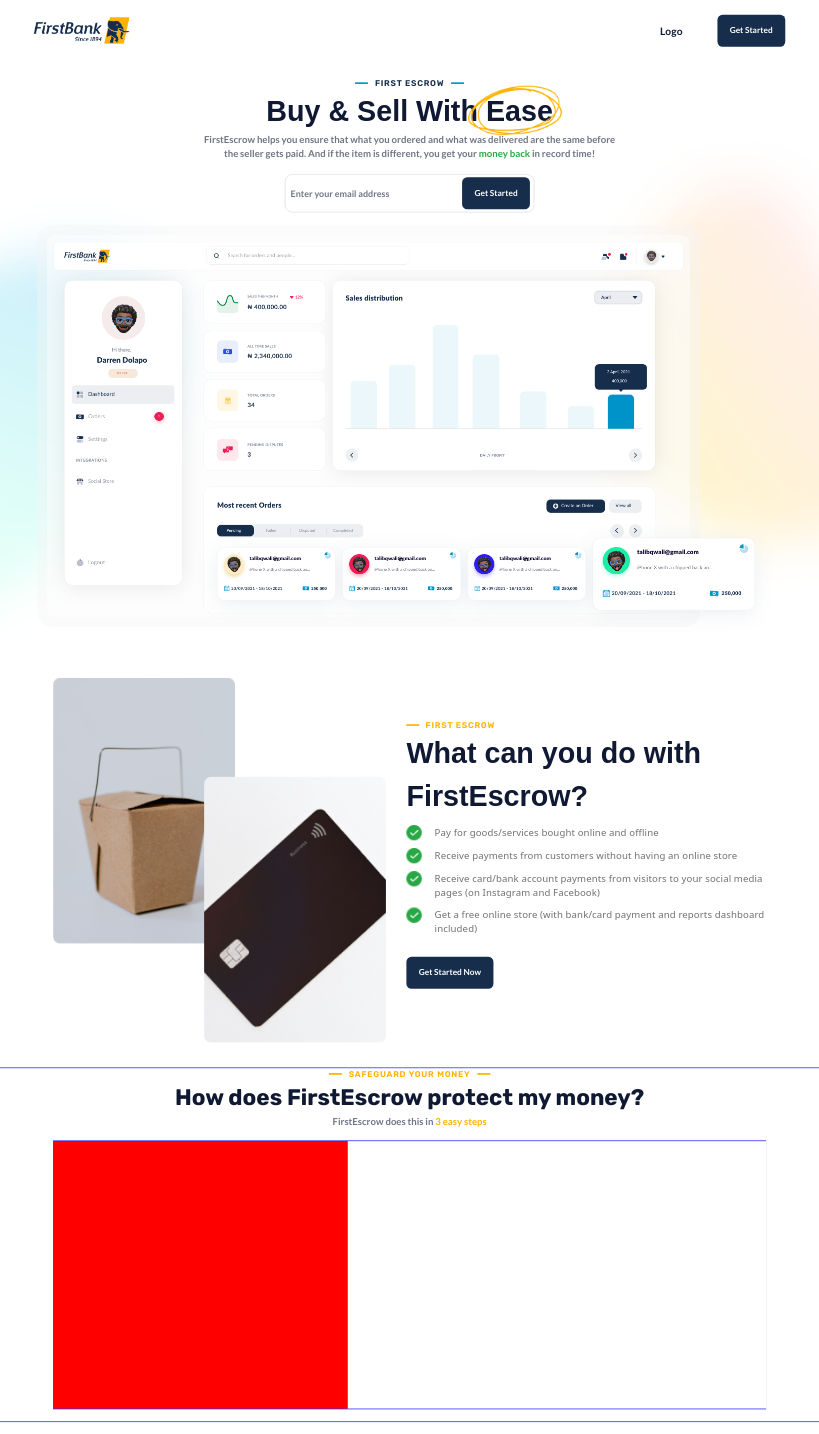
Repository: Pepperest-dev/First_Escrow_Home
Page: index.html
An editor plug-in stored every save of this project. The page is shown before and after the next save, followed by the edit.
The browser window is 1280 px wide. The pictures show the whole page, at 64% of full size.

Above is the page before, as saved 2021-09-26 11:32:54.

### index.html
<!DOCTYPE html>
<html lang="en">
  <head>
    <meta charset="UTF-8" />
    <meta http-equiv="X-UA-Compatible" content="IE=edge" />
    <meta name="viewport" content="width=device-width, initial-scale=1.0" />
    <link rel="stylesheet" href="styles/styles.css" />
    <link rel="stylesheet" href="styles/mobileScreenStyles.css" />
    <link
      href="https://unpkg.com/tailwindcss@^2/dist/tailwind.min.css"
      rel="stylesheet"
    />
    <link
      rel="stylesheet"
      href="https://cdnjs.cloudflare.com/ajax/libs/font-awesome/4.7.0/css/font-awesome.min.css"
    />
    <link rel="preconnect" href="https://fonts.googleapis.com" />
    <link rel="preconnect" href="https://fonts.gstatic.com" crossorigin />
    <link
      href="https://fonts.googleapis.com/css2?family=Lato:wght@100;300;400;700;800&family=Rubik:wght@400;500;600;700&display=swap"
      rel="stylesheet"
    />
    <title>First Escrow</title>
  </head>
  <body>
    <!-- Create a container wrapper to  -->
    <!-- create a container to keep everything contained in a certain width  ##done -->
    <!-- create the Navbar ##Done -->
    <!-- Do the font setup from google fonts  ##Done-->
    <!-- make the navbar responsive  Not done-->
    <!-- create the hero section ##almost -->
    <!-- work on the what can we do or you ssection -->
    <!-- Work on how does first escrow  works-->
    <!-- work on refund is guranteed  section  -->
    <!-- how it works in simple steps section -->
    <!-- work on the footer section -->
    <header class="banner mb-10 overflow-x-hidden overscroll-none">
      <nav
        class="
          h-24
          flex
          justify-between
          items-center
          md:w-11/12 md:p-0
          px-7
          mx-auto
          mb-6
        "
      >
        <a href="/">
          <img
            src="/assets/imgs/firstBank_logo.png"
            alt="First Bank Logo"
            class="BrandLogo cursor-pointer"
          />
        </a>

        <ul class="md:flex hidden w-2/12 h-full justify-between items-center">
          <li class="loginLink"><a href="#">Logo</a></li>
          <li>
            <button class="getStartedBtn hover:drop-shadow-xl">
              Get Started
            </button>
          </li>
        </ul>

        <div id="hambugger" class="hambugger cursor-pointer md:hidden">
          <i id="menuToggler" class="fa fa-2x fa-bars"></i>
        </div>
      </nav>

      <main class="md:w-11/12 mb-3 md:p-0 px-7 mx-auto">
        <article>
          <p
            class="
              text-center
              mx-auto
              flex
              justify-around
              items-center
              firstEscrow
            "
          >
            First Escrow
          </p>
          <h1 class="mainTitle text-center mx-auto">
            Buy & Sell With <span class="">Ease</span>
            <img
              src="/assets/icons/bigEaseElipses.png"
              alt="elipses"
              class="elipses"
            />
          </h1>
          <p class="contentDescription mx-auto">
            FirstEscrow helps you ensure that what you ordered and what was
            delivered are the same before the seller gets paid. And if the item
            is different, you get your
            <span class="greenMoneyText">money back</span> in record time!
          </p>
          <form
            class="
              my-5
              mx-auto
              flex
              justify-between
              items-center
              cursor-pointer
              bannerInputField
            "
          >
            <input
              type="text"
              class="h-full"
              placeholder="Enter your email address"
            />
            <button
              type="submit"
              class="getStartedBtn z-10 hover:drop-shadow-xl"
            >
              Get Started
            </button>
          </form>
        </article>
        <img
          src="/assets/imgs/dashboardMockup.png"
          class="dashboardImg cursor-pointer mx-auto"
          alt="dashboard mockup"
        />
      </main>
    </header>
    <div class="wrapper">
      <section
        class="
          mt-10
          w-11/12
          mx-auto
          overflow-x-hidden
          gap-x-8
          items-center
          flex
          justify-between
          flex-wrap-reverse
          md:flex-nowrap
        "
      >
        <div class="">
          <img
            class="object-contain"
            src="/assets/imgs/bagAndCard.png"
            alt="bag and card"
          />
        </div>
        <div class="">
          <p
            class="text-left flex justify-start items-center yellowFirstEscrow"
          >
            First Escrow
          </p>

          <h1 class="mainTitle">What can you do with FirstEscrow?</h1>

          <ul id="FirstEscrowCanDo"></ul>
          <button class="getStartedBtn hover:drop-shadow-xl my-5">
            Get Started Now
          </button>
        </div>
      </section>
    </div>
    <div class="wrapper outline">
      <section class="mt-10 mb-5 w-11/12 mx-auto overflow-x-hidden">
        <p
          class="
            text-center
            mx-auto
            flex
            justify-around
            items-center
            secondYellowFirstEscrow
          "
        >
          Safeguard Your Money
        </p>

        <h3 class="text-center protectTitle">
          How does FirstEscrow protect my money?
        </h3>
        <p class="contentDescription mx-auto">
          FirstEscrow does this in
          <span class="yellowText">3 easy steps</span>
        </p>

        <div class="threeBoxes outline my-5">
            <div class="box"></div>
        </div>
      </section>
    </div>
    <script src="js/app.js"></script>
  </body>
</html>

### Styles/styles.css
* {
  margin: 0;
  padding: 0;
  border: 0;
  font-size: 16px;
  text-decoration: none;
  font: inherit;
  box-sizing: border-box;
}

/* Colors varable declaration */
:root {
  --whiteBgColor: #ffffff;
  --BtnBgColor: #162d4c;
  --lightBlueColor: #0093c9;
  --yellowPrimaryColor: #ffb300;
  --boxesTextColor: #707070;
  --darkBlueTextColor: #101933;
  --bannerTextColor: #707585;
  --lightGreenColor: #28a745;
  --inputFieldBorderColor: #d8dade;
  --footerBackgroundColor: #f6f6f7;
  --footerTextColor: #040c22;
  --latoFontFamily: "Lato", sans-serif;
  --rubikFontFamily: "Rubik", sans-serif;
  --arialFontFamily: "Arial", sans-serif;
}
.wrapper {
  margin-right: auto;
  margin-left: auto;
  max-width: 1440px;
  padding-right: 2rem;
  padding-left: 2rem;
  width: 100%;
  background-color: var(--whiteBgColor);
}

.banner {
  background-image: url(../assets/imgs/overlayBackground.png);
  background-position: center;
  background-repeat: no-repeat;
  background-size: cover;
  object-fit: cover;
}
.dashboardImg {
  width: 100%;
  height: auto;
  overflow-x: hidden;
}

.contentContainer {
}

.BrandLogo {
  width: 150px;
  object-fit: contain;
  height: 45px;
}

.outline {
  outline: 1px solid blue;
}

.loginLink {
  font: normal normal 600 16px/19px Lato;
  letter-spacing: 0.32px;
  font-family: var(--latoFontFamily);
  font-style: normal;
  font-weight: 600;
  color: var(--darkBlueTextColor);
}

.loginLink:hover {
  opacity: 0.8;
  transition: all ease-in-out 350ms;
}

.getStartedBtn {
  border-radius: 8px;
  background-color: var(--BtnBgColor);
  min-width: 100px;
  padding: 0 1.2rem;
  height: 50px;
  color: var(--whiteBgColor);
  font-family: var(--latoFontFamily);
  text-align: center;
  font-size: 13px;
  font-weight: 800;
}

.getStartedBtn:hover {
  opacity: 0.8;
  transition: all ease-in-out 350ms;
}

.yellowFirstEscrow {
  letter-spacing: 1.2px;
  color: var(--yellowPrimaryColor);
  text-transform: uppercase;
  font-family: var(--rubikFontFamily);
  font-size: 13px;
  font-weight: 600;
  width: 150px;
}

.yellowFirstEscrow::before {
  content: "";
  display: flex;
  width: 20px;
  border: 1px solid var(--yellowPrimaryColor);
  background-color: var(--yellowPrimaryColor);
  margin-right: 10px;
}

.secondYellowFirstEscrow {
  letter-spacing: 1.2px;
  color: var(--yellowPrimaryColor);
  text-transform: uppercase;
  font-family: var(--rubikFontFamily);
  font-size: 13px;
  font-weight: 600;
  width: 263px;
}

.secondYellowFirstEscrow::before {
  content: "";
  display: flex;
  width: 20px;
  border: 1px solid var(--yellowPrimaryColor);
  background-color: var(--yellowPrimaryColor);
}
.secondYellowFirstEscrow::after {
  content: "";
  display: flex;
  width: 20px;
  border: 1px solid var(--yellowPrimaryColor);
  background-color: var(--yellowPrimaryColor);
}

.firstEscrow {
  letter-spacing: 1.2px;
  color: var(--BtnBgColor);
  text-transform: uppercase;
  font-family: var(--rubikFontFamily);
  font-size: 13px;
  font-weight: 600;
  width: 180px;
}

.firstEscrow::before {
  content: "";
  display: flex;
  width: 20px;
  border: 1px solid var(--lightBlueColor);
  background-color: var(--lightBlueColor);
}
.firstEscrow::after {
  content: "";
  display: flex;
  width: 20px;
  background-color: var(--lightBlueColor);
  border: 1px solid var(--lightBlueColor);
}
.mainTitle {
  color: var(--darkBlueTextColor);
  font-family: var(--arialFontFamily);
  font-weight: 700;
  font-size: 2.8rem;
  max-width: 600px;
  position: relative;
}

.elipses {
  position: absolute;
  width: 150px;
  top: -11px;
  right: 10%;
}

.contentDescription {
  color: var(--bannerTextColor);
  font-family: var(--latoFontFamily);
  font-weight: 600;
  font-size: 15px;
  text-align: center;
  max-width: 650px;
}

.greenMoneyText {
  color: var(--lightGreenColor);
}

.bannerInputField {
  width: 390px;
  height: 60px;
  border: 1px solid var(--inputFieldBorderColor);
  border-radius: 12px;
  background: var(--whiteBgColor);
  padding: 8px 6px 8px 8px;
}

.bannerInputField input[type="text"] {
  border: none;
  font-family: var(--latoFontFamily);
  font-size: 16px;
  color: var(--bannerTextColor);
  flex: 0.9;
  font-weight: 600;
  outline: none;
}

.bannerInputField input[type="text"]::placeholder {
  font-family: var(--latoFontFamily);
  font-size: 14px;
  font-weight: 600;
  color: var(--bannerTextColor);
}

#FirstEscrowCanDo li {
  color: var(--boxesTextColor);
  letter-spacing: 0.18px;
  text-align: left;
  font-weight: normal;
  font-size: 15px;
}

.protectTitle {
  color: var(--darkBlueTextColor);
  letter-spacing: 0;
  font-family: var(--rubikFontFamily);
  font-weight: bold;
  font-size: 2.2rem;
}
.yellowText {
  color: var(--yellowPrimaryColor);
}
.box {
  width: 460px;
  height: 418px;
  background: url("img/Group 44451.png") 0% 0% no-repeat padding-box;
  background: red;
  border: 2px solid red;
}

### Styles/mobileScreenStyles.css
@media screen and (max-width: 600px) {
  .banner {
    background-size: contain;
  }
  .dashboardImg {
    width: 500px;
    height: auto;
  }

  .BrandLogo {
    width: 100px;
  }

  .toggle {
    transition: opacity ease-in-out;
  }

  .elipses {
    position: absolute;
    width: 150px;
    top: 40%;
    right: 9%;
  }
}

### Js/app.js
const escrow = {
  firstEscrowList: [
    {
      icon: "/assets/icons/greenChecked.png",
      text: "Pay for goods/services bought online and offline",
    },
    {
      icon: "/assets/icons/greenChecked.png",
      text: "Receive payments from customers without having an online store",
    },
    {
      icon: "/assets/icons/greenChecked.png",
      text: "Receive card/bank account payments from visitors to your social media pages (on Instagram and Facebook)",
    },
    {
      icon: "/assets/icons/greenChecked.png",
      text: "Get a free online store (with bank/card payment and reports dashboard included)",
    },
  ],
};

Object.freeze(escrow);
console.log(escrow.firstEscrowList);

document.addEventListener(
  "DomContentLoaded",
  (function () {
    console.log("escrow, content");
    const hambugger = document.querySelector("#hambugger");
    const menu = document.querySelector("#menuToggler");
    const escrowCanDo = document.querySelector("#FirstEscrowCanDo");

    let returnedList = escrow.firstEscrowList
      .map(
        (list) =>
          `<li class="flex items-start my-3 justify-start"><img  src=${list.icon} alt="checked icon" class="mr-5 h-6 w-6" /> ${list.text}</li>`
      )
      .join(" ");

    escrowCanDo.innerHTML = returnedList;

    hambugger.addEventListener("click", () => {
      if (menu.classList.contains("fa-bars")) {
        menu.classList.remove("fa-bars");
        menu.classList.add("fa-times");
      } else if (menu.classList.contains("fa-times")) {
        menu.classList.remove("fa-times");
        menu.classList.add("fa-bars");
      }
      hambugger.classList.toggle("toggle");
    });
  })()
);

After the next save:
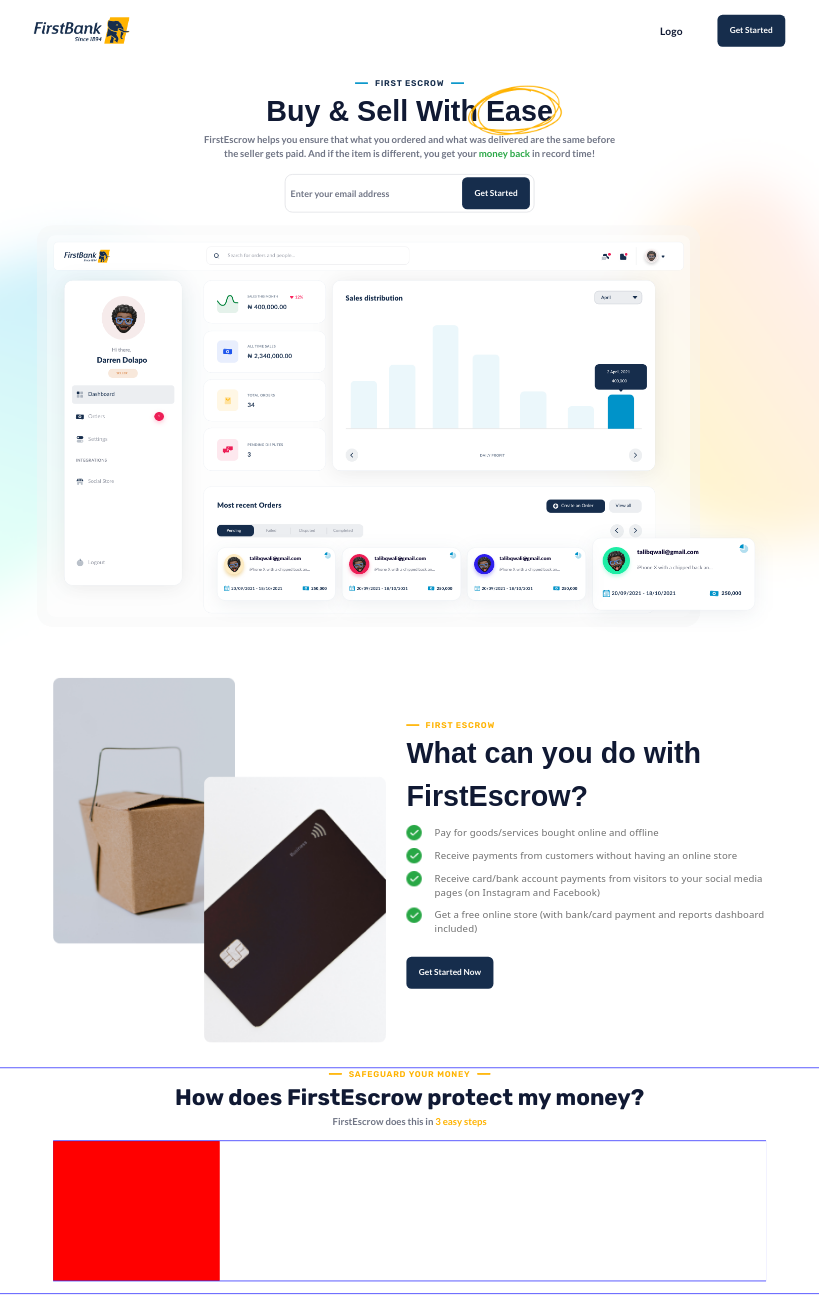
Saved 36 s later.
--- a/Styles/styles.css
+++ b/Styles/styles.css
@@ -235,8 +235,8 @@
   color: var(--yellowPrimaryColor);
 }
 .box {
-  width: 460px;
-  height: 418px;
+  width: 260px;
+  height: 218px;
   background: url("img/Group 44451.png") 0% 0% no-repeat padding-box;
   background: red;
   border: 2px solid red;
